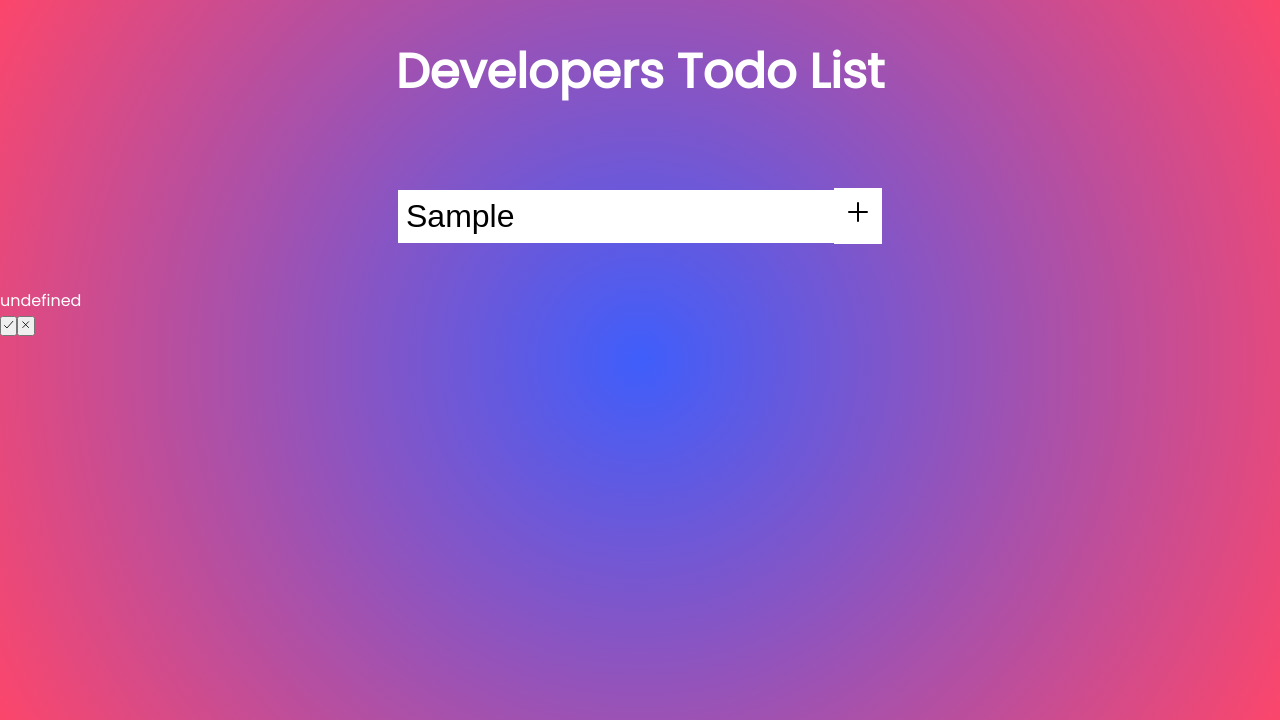
Repository: DevAntonioRogers/Vanilla-TodoList
Page: index.html
An editor plug-in stored every save of this project. The page is shown before and after the next save, followed by the edit.
The browser window is 1280 px wide. The pictures show the whole page.
Empty fields were first filled with sample values (such as "Sample", 5 or name@example.com).
After loading, the first visible `button.todo-button` was clicked once.

Above is the page before, as saved 2023-05-12 00:14:15.

After the next save:
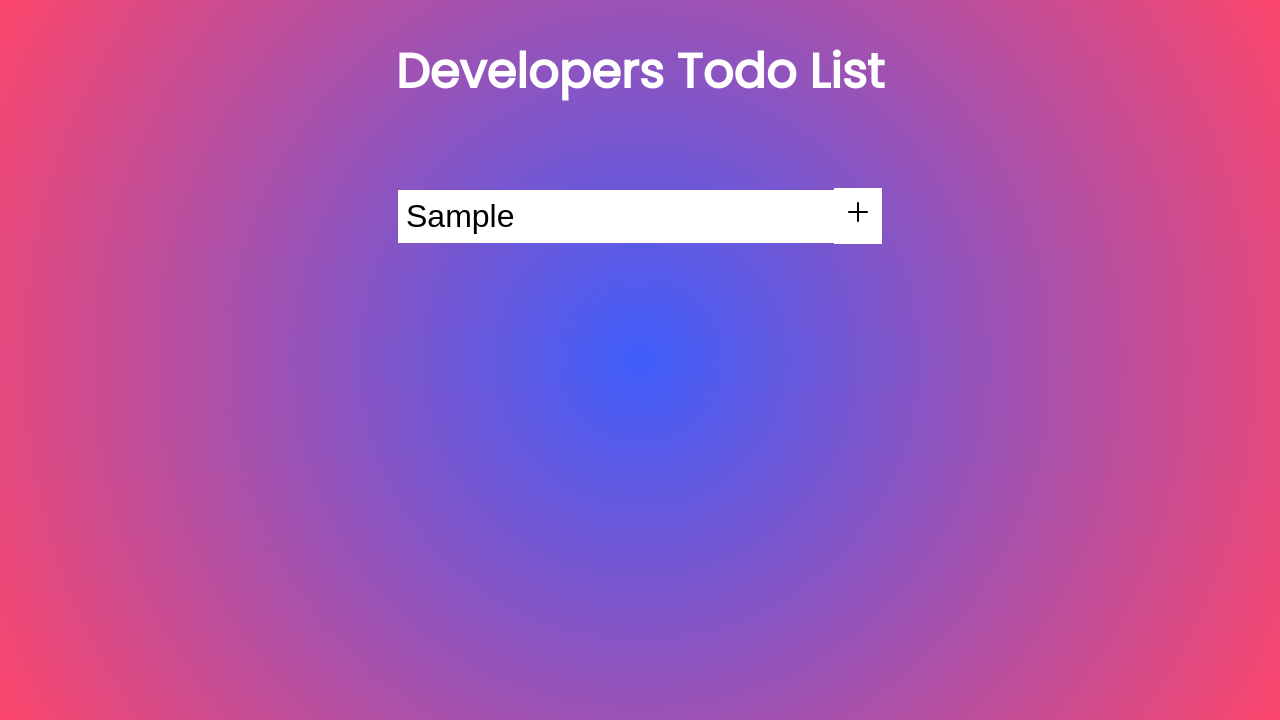
Console error: TypeError: todoList.value is not a function
Saved 36 s later.
--- a/app.js
+++ b/app.js
@@ -4,6 +4,7 @@
 
 todoButton.addEventListener('click', (e) => {
   e.preventDefault()
+  const value = todoList.value()
   const todoDiv = document.createElement('div')
   todoDiv.classList.add('todo')
   const newTodo = document.createElement('li')

After the 2 saves that followed:
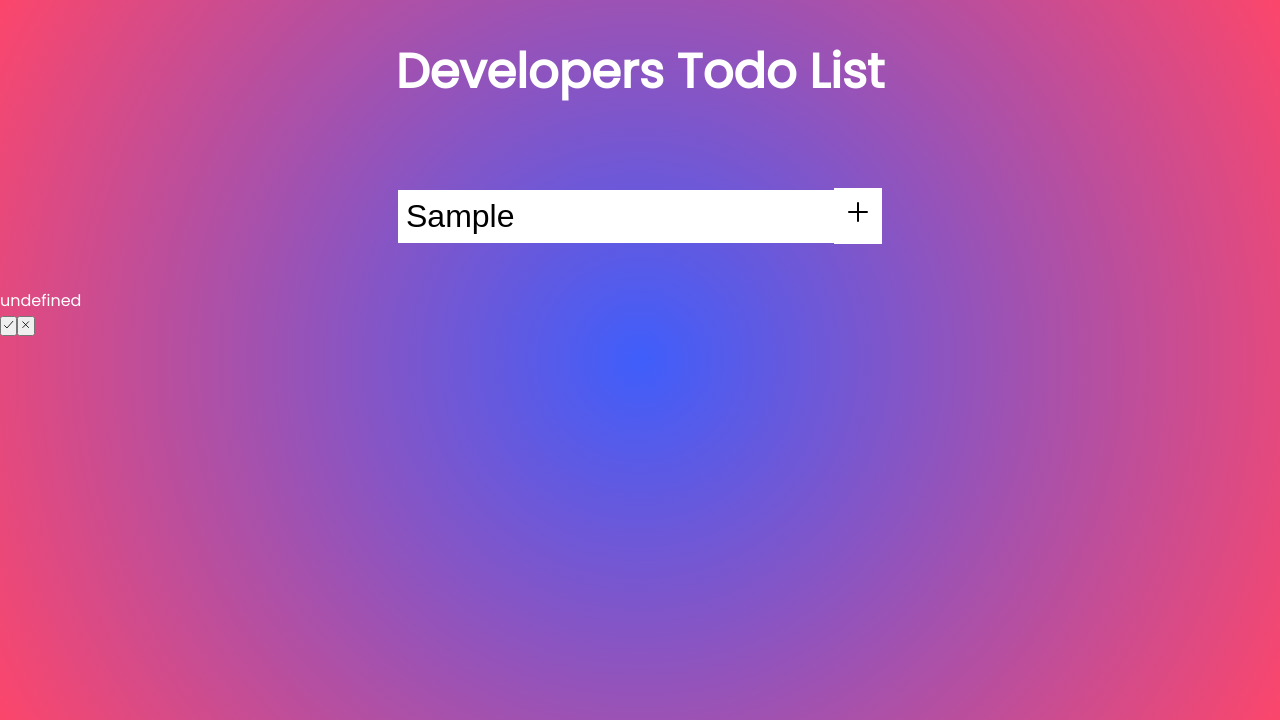
The error is gone.
The 2 saves are shown as one change because 1 left the picture as it was.
The last was saved 17 s later.
--- a/app.js
+++ b/app.js
@@ -4,11 +4,11 @@
 
 todoButton.addEventListener('click', (e) => {
   e.preventDefault()
-  const value = todoList.value()
+  const value = todoList.value
   const todoDiv = document.createElement('div')
   todoDiv.classList.add('todo')
   const newTodo = document.createElement('li')
-  newTodo.innerText = todoList.value
+  newTodo.innerText = value
   newTodo.classList.add('todo-item')
   todoDiv.appendChild(newTodo)
   console.log(newTodo)
